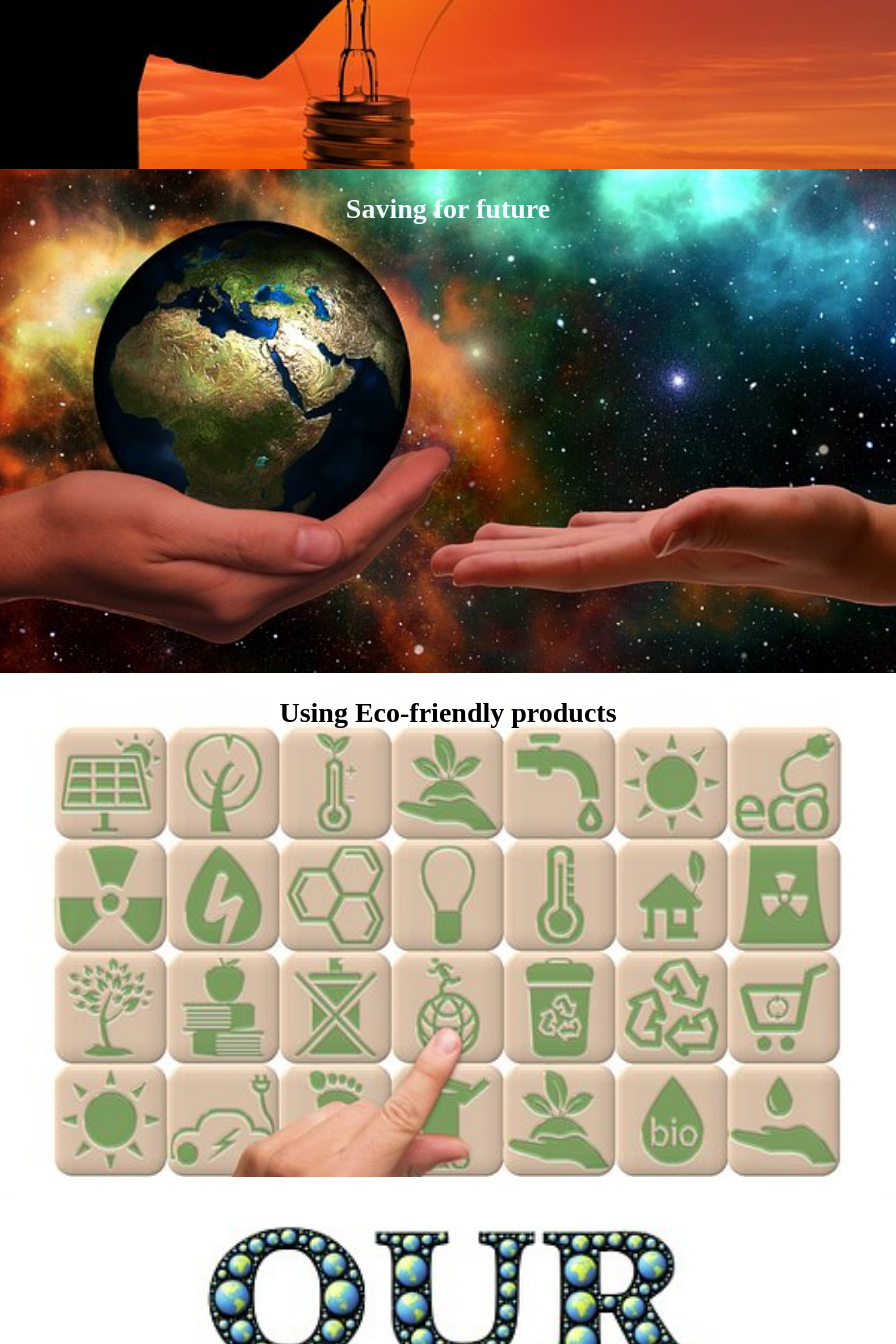
Repository: NavinDayanithi/static-web-design-competition
Page: index.html
These files come from the project's save history. The page is drawn as it stood at one moment and after a run of saves; the edit follows.
The browser window is 1280 px wide. The pictures show the part of the page from y = 1999 to 3919 px (the page is 4420 px tall), at 70% of full size.
Backgrounds fixed to the window are drawn as part of the page.

Above is the page before, as saved 2023-04-28 20:46:45.

After the next 2 saves:
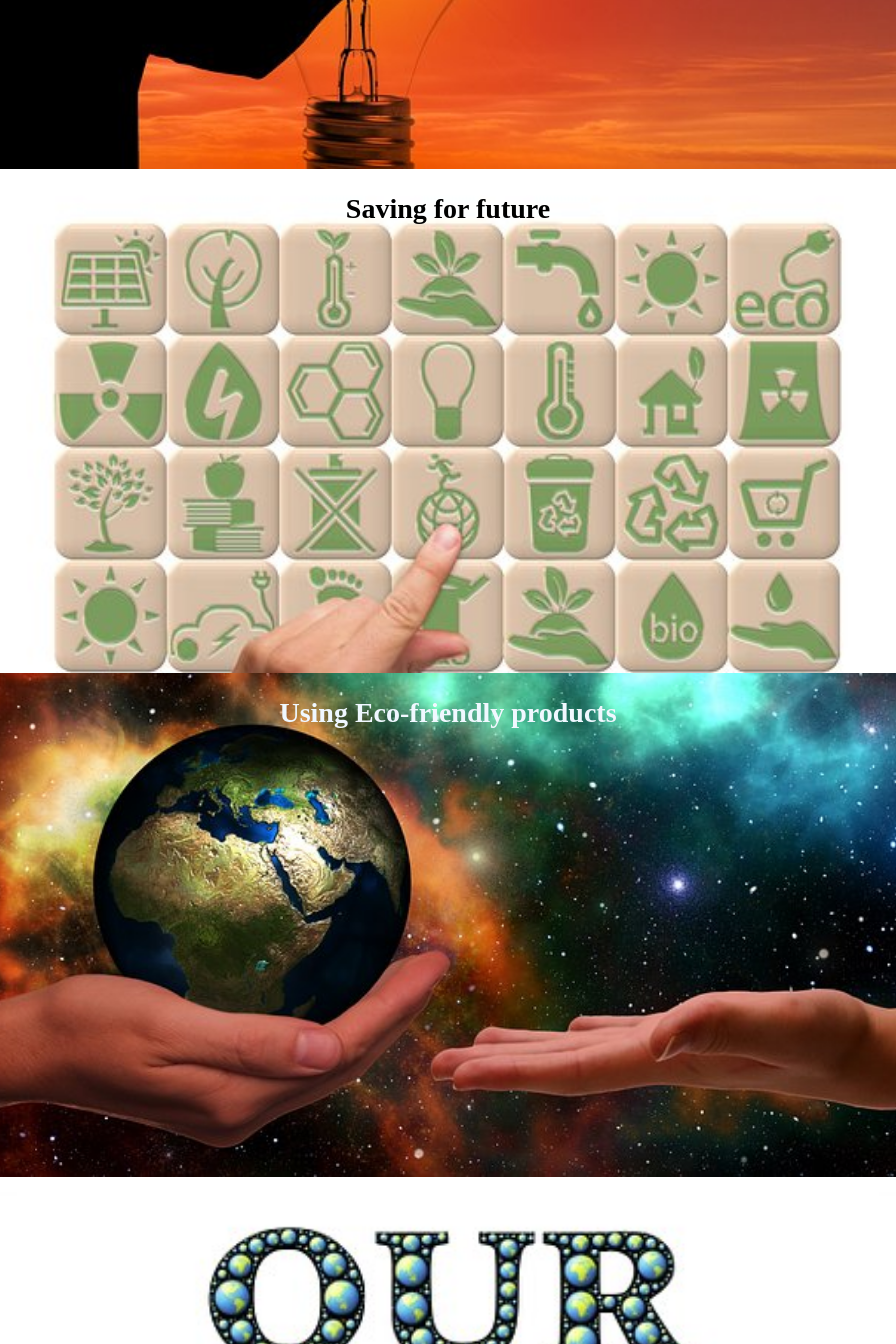
The 2 saves are shown as one change because they came seconds apart.
The last was saved 14 s later.
--- a/index.html
+++ b/index.html
@@ -15,10 +15,10 @@
     <div class="box3">
         <h2>Gaining natural source of energy</h2>
     </div>
-    <div class="box4">
+    <div class="box5">
         <h2>Saving for future</h2>
     </div>
-    <div class="box5">
+    <div class="box4">
         <h2>Using Eco-friendly products</h2>
     </div>
     <div class="box6">
